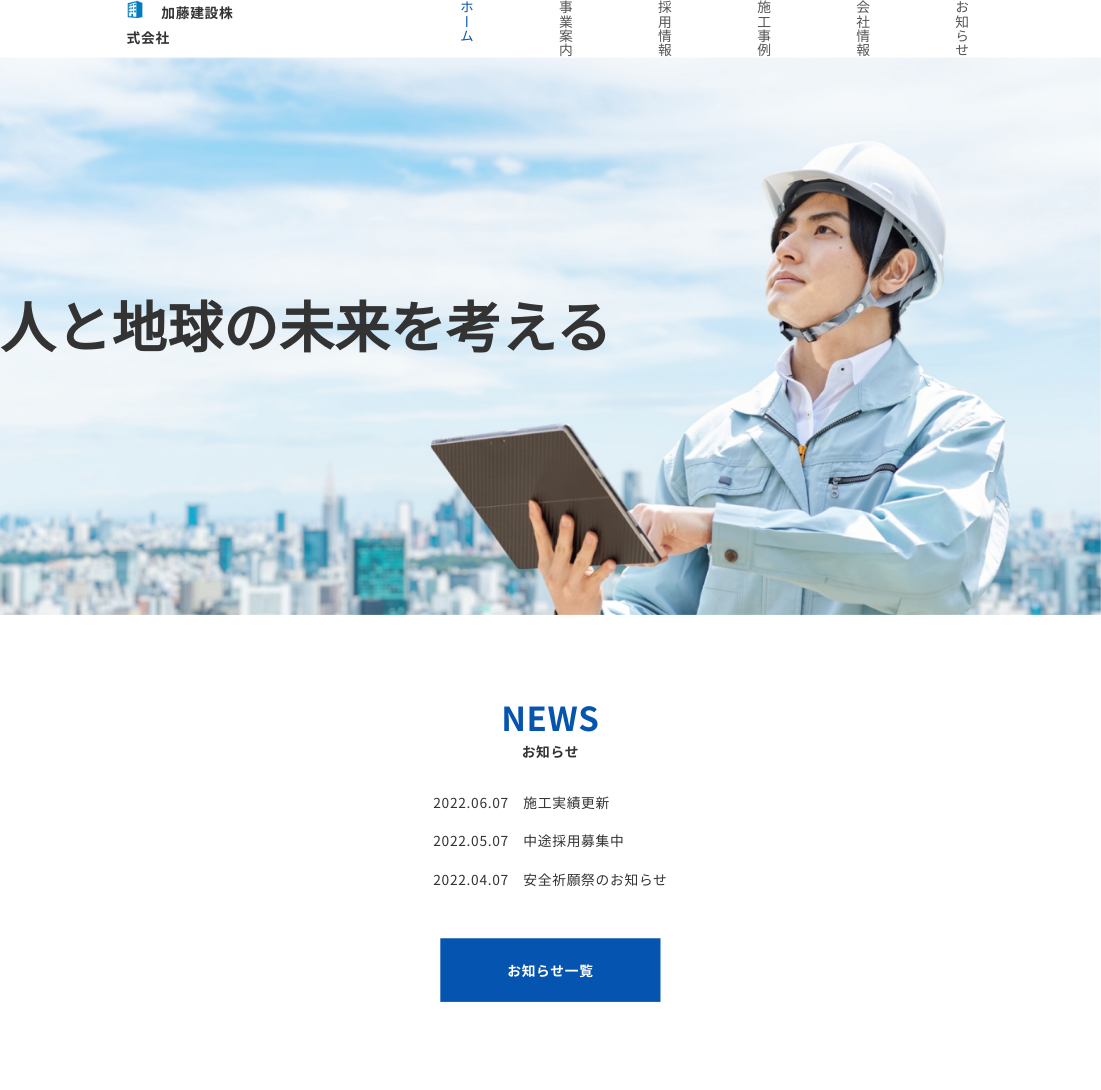
Repository: nozomi-23/hp1_test
Page: index.html
An editor plug-in stored every save of this project. The page is shown before and after the next save, followed by the edit.
The browser window is 1280 px wide. The pictures show the whole page, at 86% of full size.

Above is the page before, as saved 2022-06-12 11:17:46.

### index.html
<!DOCTYPE html>
<html lang="ja">
<head>
<meta charset="UTF-8">
<title>加藤建設 株式会社</title>
<meta name="description" content="人と地球の未来を考える 加藤建設 株式会社">
<meta name="keywords" content="建築,土木,インフラ">
<meta name="viewport" content="width=device-width, initial-scale=1.0">
<meta property="og:title" content="建築依頼なら「加藤建設 株式会社」">
<meta property="og:type" content="article">
<meta property="og:url" content="https://withcode-plus.tech">
<meta property="og:image" content="img/logo.png">
<meta property="og:description" content="確かな技術力が自慢、インフラから地域貢献まで加藤建設にお任せ下さい">
<meta property="og:site_name" content="加藤建設 株式会社">
<link rel="icon" href="img/favicon.ico">
<link rel="apple-touch-icon" sizes="180x180" href="img/logo.png">
<link rel="preconnect" href="https://fonts.googleapis.com">
<link rel="preconnect" href="https://fonts.gstatic.com" crossorigin>
<link href="https://fonts.googleapis.com/css2?family=Noto+Sans+JP:wght@400;500;700&family=Noto+Serif+JP&display=swap"
  rel="stylesheet">
<link rel="stylesheet" type="text/css" href="css/reset.css">
<link rel="stylesheet" type="text/css" href="css/common1.css">
<link rel="stylesheet" type="text/css" href="css/index.css">
</head>
<body>
  <!-- =========header -->
  <header>
    <div class="header_wrapper">
      <div class="header_inner">
        <h1 class="header_left">加藤建設株式会社</h1>
        <nav class="header_right" >
          <ul class="header_list">
            <li><a href="#" class="color">ホーム</a></li>
            <li><a href="html/business.html">事業案内</a></li>
            <li><a href="html/recruit.html">採用情報</a></li>
            <li><a href="html/work.html">施工事例</a></li>
            <li><a href="html/company.html">会社情報</a></li>
            <li><a href="html/news.html">お知らせ</a></li>
          </ul>
        </nav>
      </div>
    </div>
  </header>
  <!-- =========main_view -->
  <main>
    <section class="main_wrapper">
      <div class="main_txt">
        <h3>人と地球の未来を考える</h3>
      </div>
    </section>
    <!-- =========news -->
    <section class="news section">
      <div class="news_wrapper">
        <h2 class="title">NEWS<br>
          <small>お知らせ</small></h2>
        <ul class="news_list">
          <li>2022.06.07&emsp;施工実績更新</li>
          <li>2022.05.07&emsp;中途採用募集中</li>
          <li>2022.04.07&emsp;安全祈願祭のお知らせ</li>
        </ul>
        <div class="btn">
          <a href="html/news.html">お知らせ一覧</a>
        </div>
      </div>
    </section>
  </main>
</body>
</html>

### css/reset.css
@charset "UTF-8";

html,
body,
div,
span,
object,
iframe,
h1,
h2,
h3,
h4,
h5,
h6,
p,
blockquote,
pre,
abbr,
address,
cite,
code,
del,
dfn,
em,
img,
ins,
kbd,
q,
samp,
small,
strong,
sub,
sup,
var,
b,
i,
dl,
dt,
dd,
ol,
ul,
li,
fieldset,
form,
label,
legend,
table,
caption,
tbody,
tfoot,
thead,
tr,
th,
td,
article,
aside,
canvas,
details,
figcaption,
figure,
footer,
header,
hgroup,
menu,
nav,
section,
summary,
time,
mark,
audio,
video {
  margin: 0;
  padding: 0;
  border: 0;
  outline: 0;
  font-size: 100%;
  vertical-align: baseline;
  background: transparent;
}

body {
  line-height: 1;
}

article,
aside,
details,
figcaption,
figure,
footer,
header,
hgroup,
menu,
nav,
section {
  display: block;
}

nav ul {
  list-style: none;
}

blockquote,
q {
  quotes: none;
}

blockquote:before,
blockquote:after,
q:before,
q:after {
  content: '';
  content: none;
}

a {
  margin: 0;
  padding: 0;
  font-size: 100%;
  vertical-align: baseline;
  background: transparent;
}

/* change colours to suit your needs */
ins {
  background-color: #ff9;
  color: #000;
  text-decoration: none;
}

/* change colours to suit your needs */
mark {
  background-color: #ff9;
  color: #000;
  font-style: italic;
  font-weight: bold;
}

del {
  text-decoration: line-through;
}

abbr[title],
dfn[title] {
  border-bottom: 1px dotted;
  cursor: help;
}

table {
  border-collapse: collapse;
  border-spacing: 0;
}

/* change border colour to suit your needs */
hr {
  display: block;
  height: 1px;
  border: 0;
  border-top: 1px solid #cccccc;
  margin: 1em 0;
  padding: 0;
}

input,
select {
  vertical-align: middle;
}

### css/common1.css
@charset "UTF-8";

body {
  color: #333;
  letter-spacing: 0.05em;
  line-height: 1.8;
  font-family: 'Noto Sans JP', sans-serif ,'Noto Serif JP',
  serif;
}
li {
  list-style: none;
}

a {
  text-decoration: none;
}
.section {
  margin: 8% 0;
}


/* タイトル */
.title {
  color: #0554B0;
  font-weight: bold;
  font-size: 2.4rem;
  line-height: 0.8;
}
.news_wrapper small {
  font-size: 1rem;
  color: #333;
}
/* ボタン */
.btn {
  background-color: #0554B0;
  width: 20%;
  margin: 0 auto;
  line-height: 3;
}
.btn a {
  display: block;
  color: #fff;
  font-weight: bold;
  padding: 5%;
}

### css/index.css
@charset "UTF-8";

/* =================
header
===================*/
.header_wrapper {
  display: flex;
  justify-content: center;
}
.header_inner {
  width: 77%;
  display: flex;
  justify-content: space-between;

}
.header_list {
  display: table;
}
.header_list li {
  display: table-cell;
  writing-mode: vertical-rl;
}
.header_list li a {
  color: #555;
}
.header_list li a:hover {
  opacity: 0.5;
}
.header_list li a.color {
  color: #0554B0;
}

.header_left::before {
  content: "";
  background: url(../img/name_icon.png) no-repeat ;
  background-size: contain;
  width: 30%;
  height: 30%;
  z-index: 1;
  display: inline-block;
}

/* =================
main_view
===================*/
.main_wrapper {
  background: url(../img/top_img.png)no-repeat center;
  background-size: cover;
  width: 100%;
  height: 90vh;
}
.main_txt {
  font-size: 4rem;
  font-weight: normal;
  font-family: 'Noto Serif JP';
  position: relative;
  top: 40%;
}
/* =================
news
===================*/
.news {
  text-align: center;
  display: block;
}

.news_list {
  padding: 3%;
  text-align: left;
  display: inline-block;

}
.news_list li {
  margin-bottom: 1rem;
}

After the next save:
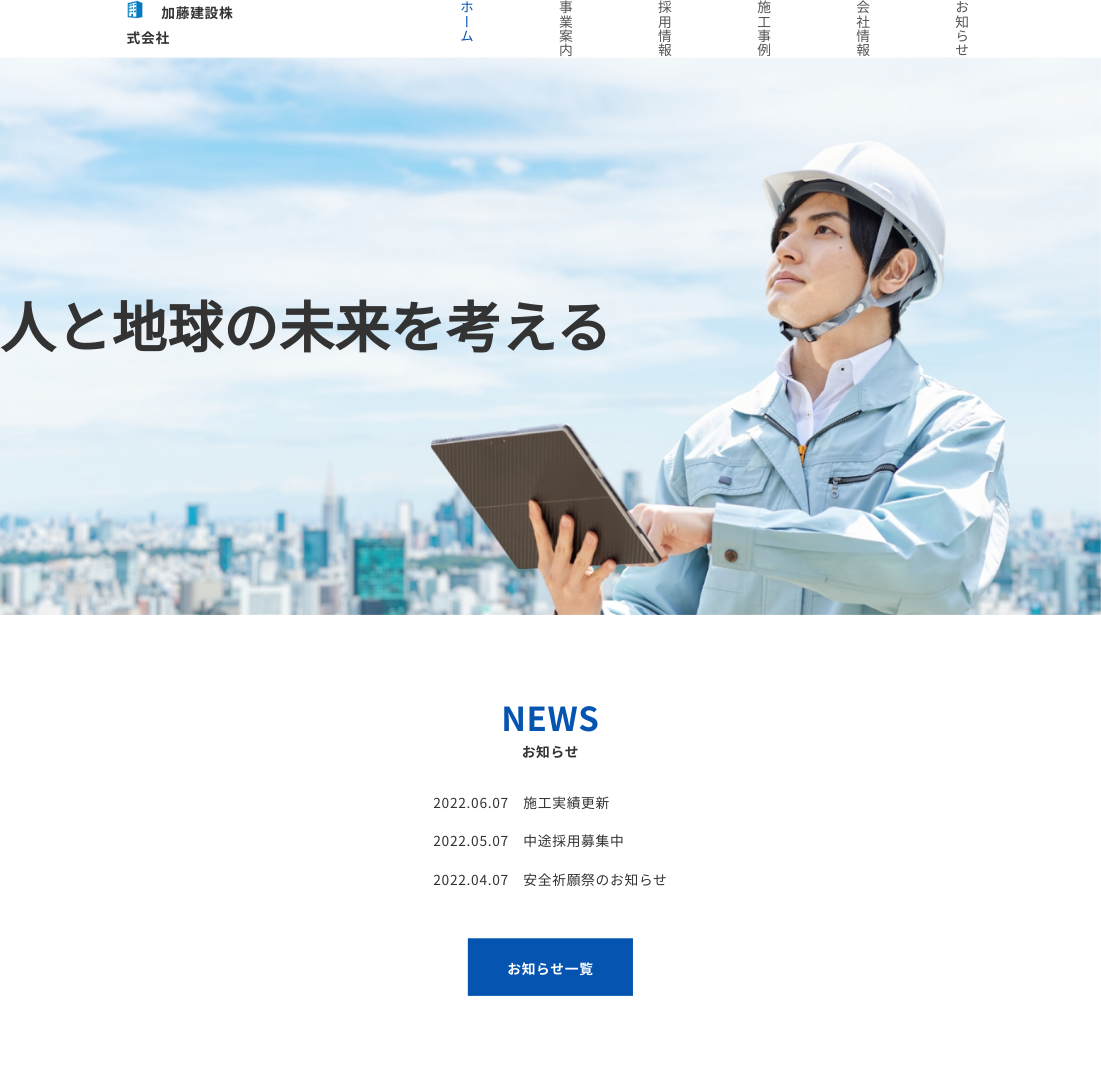
Saved 36 s later.
--- a/css/common1.css
+++ b/css/common1.css
@@ -33,7 +33,7 @@ a {
 /* ボタン */
 .btn {
   background-color: #0554B0;
-  width: 20%;
+  width: 15%;
   margin: 0 auto;
   line-height: 3;
 }
